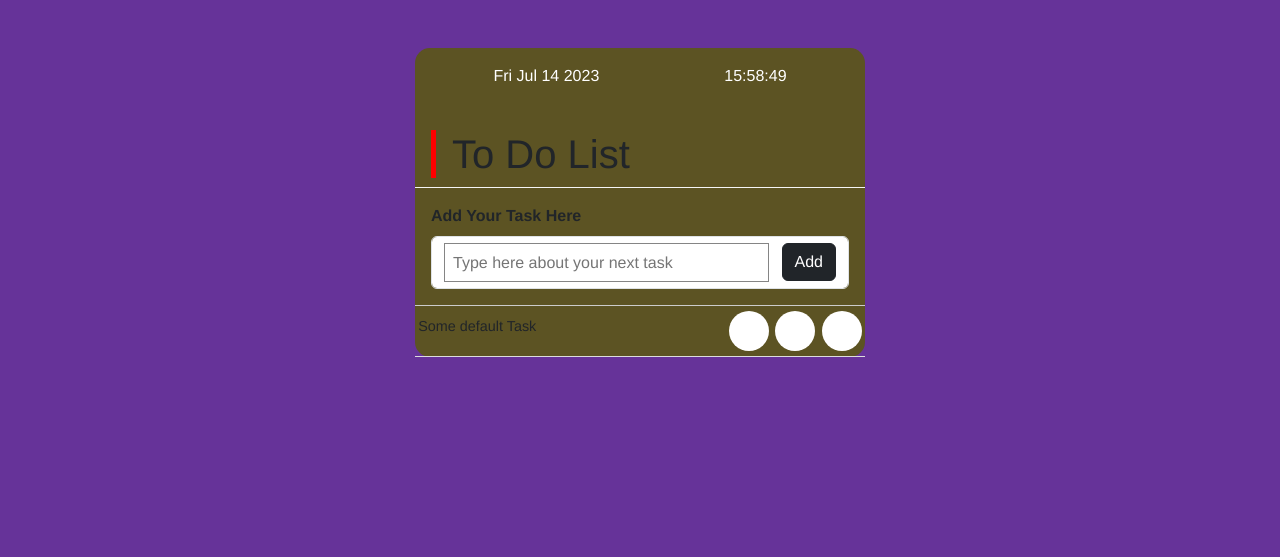
Repository: Passionblaz/TODO
Page: TODO/Untitled-1.html
The author's editor kept a copy of each file at every save. The page is drawn from the files as they stood at one save, then again after the next save.
The browser window is 1280 px wide. The pictures show the whole page.

Above is the page before, as saved 2023-07-14 15:59:24.

### TODO/Untitled-1.html
<!DOCTYPE html>
<html lang="en">
<head>
  <meta charset="UTF-8">
  <meta name="viewport" content="width=device-width, initial-scale=1.0">
  <title>Document</title>
  <link href="https://cdn.jsdelivr.net/npm/bootstrap@5.3.0/dist/css/bootstrap.min.css" rel="stylesheet" integrity="sha384-9ndCyUaIbzAi2FUVXJi0CjmCapSmO7SnpJef0486qhLnuZ2cdeRhO02iuK6FUUVM" crossorigin="anonymous">
  <!-- Bootstrap Bundle JS (jsDelivr CDN) -->
  <script defer src="https://cdn.jsdelivr.net/npm/bootstrap@5.3.0/dist/js/bootstrap.bundle.min.js" integrity="sha384-geWF76RCwLtnZ8qwWowPQNguL3RmwHVBC9FhGdlKrxdiJJigb/j/68SIy3Te4Bkz" crossorigin="anonymous"></script>
  <link rel="stylesheet" href="todostyles.css">
  <script src="main.js" defer></script>
</head>
<body onload="time()">
<div class="todo-container">
  <div class="date-hour">
    <p id="date">Date</p>
    <p id="hour">Hour</p>
  </div>

<header>
  <h1>To Do List</h1>
</header>
<!-- Add Tasks -->

<form action="" id="todo-form">
  <p>Add Your Task Here</p>
<div class="form-control">
<input type="text" id="todo-input" placeholder="Type here about your next task">
<div class="button">
  <button type="submit" class="btn btn-dark">Add</button>
 </div>
</div>

</form>
<!-- Edit The Tasks-->
<form action="" id="edit-form" class="hide">
  <p>Edit Your Task</p>
<div class="form-control">
<input type="text" id="edit-input" placeholder="Type here about your next task">
<div class="button2">
  <button type="button" class="btn btn-dark">Add</button>
 </div>
</div>
<button type="button" id="cancel-edit-btn">All</button>
<button type="button" id="active-task-btn">Active</button>
<button type="button" id="completed-task-btn">Completed</button>
</form>
<!-- Task List-->
<div class="todo-list" id="todo-list">
  <div class="todo">
    <h3>Some default Task</h3>
    <button class="finished-todo">
      <i class="fa-solid fa-check"></i>
    </button>
    <button class="edit-todo">
      <i class="fa-solid fa-pen"></i>
    </button>
    <button class="remove-todo">
      <i class="fa-solid fa-xmark"></i>
    </button>
  </div>
</div>
</div>



</body>
</html>

### TODO/todostyles.css
*{
  padding: 0;
  margin: 0;
  box-sizing: border-box;
}
body{
  font-family: 'Franklin Gothic Medium', 'Arial Narrow', Arial, sans-serif;
  background: rebeccapurple;

}
.form-control {
  display: flex;
}
.form-control input {
  flex: 1;
  outline: 0;
box-shadow: none;
border: 1px solid #858585;
}
.form-control button:hover {
  background-color: green;
}
.date-hour {
  display: flex;
  justify-content: space-around;
  align-items:center;
  padding: 1rem 1rem 1.5rem 1rem;
  font-size: 16px;
  color: white;
}
button {
  background-color: darkorange;
  color: blue;
  border: 2px solid red;
  padding: 0.2rem 0.4rem;
  font-size: .8rem;
  cursor: pointer;
  justify-content: center;
  align-items: center;
  transition: .4s;
  border: 1px solid orange;
}
button:hover {
  background-color: orangered;
  color: white;
}
button > i {
  font-weight: bold;
  pointer-events: none;
}
input {
  padding: .4rem .5rem;
}
.hide {
  display: none;
}
.todo-container {
  background-color: #5c5323;
  border-radius: 15px;
  width: 450px;
  margin: 3rem auto;
  padding: 1.5.rem;
}
.todo-container header {
  padding: 0.1rem 1rem;
border-bottom: 1px solid whitesmoke;
}
header >h1 {
  padding-left: 16px;
  border-left: 5px solid red;
}

#todo-form, #edit-form {
  padding: 1rem;
  border-bottom: 1px solid #ccc;
}
#todo-form > p, #edit-form > p {
  margin-bottom: .5rem;
  font-weight: bold;
}
.form-control >input {
  margin-right: .8rem;
}
#cancel-edit-btn {
  margin-top: 1rem;
}
#active-edit-btn {
  margin-top: 1rem;
}
#completed-edit-btn {
  margin-top: 1rem;
}
.todo {
  display: flex;
  justify-content: space-around;
  align-items: center;
  padding: 0.3rem 0.2rem;
  border-bottom: 1px solid #ddd;
transition: .3s;
}
.todo h3 {
  flex: 1;
  font-size: 0.9rem;
}
.todo button {
  margin-left: 0.4rem;
  border-radius: 50%;
  width: 40px;
  height: 40px;
  border: none;
  background-color: white;
}
.done h3 {
  color: white;
  text-decoration: line-through;
  font-style: italic;
}
.todo button:hover, .done button {
background-color: #395169;
color: #ecf0f1
}
.done > button:hover {
  background-color: #ecf0f1;
  color: #395169;
}
.todo-list{
  max-height: 220px;
  overflow: auto;
}

### TODO/main.js
const data = new Date ()

const todoForm = document.querySelector("#todo-form")
const todoInput = document.querySelector("#todo-input")
const todoList = document.querySelector("#todo-list")
const editForm = document.querySelector("#edit-form")
const editInput = document.querySelector("#edit-input")
const cancelEdition = document.querySelector("#cancel-edit-btn")
  //Time
const timeElapsed = Date.now();
const today = new Date(timeElapsed);
document.getElementById("date").innerHTML = today.toDateString();
//Time Settings
function time() {
  const data = new Date ();
  let h = data.getHours();
  let m = data.getMinutes();
  let s = data.getSeconds();

  if(h < 10)
    h = "0"+h;
  if (m < 10)
    m = "0" + m;
  if(s < 10)
    s = "0"+s;

    document.getElementById("hour").innerHTML = h +":" + m + ":" + s;
    setTimeout('time()', 500);
}
todoForm.addEventListener("submit", (e) => {
  e.preventDefault();
  const inputValue = todoInput.value;
  if(inputValue)
    saveTodo(inputValue); //Save Function
})
const saveTodo = (text) => {
  const todo = document.createElement("div");
  todo.classList.add("todo");

  const todoTitle = document.createElement("h3");
  todoTitle.innerText = text;
  todo.appendChild(todoTitle);

  const doneBtn = document.createElement("button");
  doneBtn.classList.add("finish-todo");
  doneBtn.innerHTML = 'i class="fa-solid fa-check"></i>';
  todo.appendChild(doneBtn);

  const editBtn = document.createElement("button");
  editBtn.classList.add("edit-todo");
  editBtn.innerHTML = 'i class="fa-solid fa-check"></i>';
  todo.appendChild(doneBtn);

  const removeBtn = document.createElement("button");
  removeBtn.classList.add("remove-todo");
  removeBtn.innerHTML = 'i class="fa-solid fa-check"></i>';
  todo.appendChild(doneBtn);

  todoList.appendChild(todo);
  todoInput.value = "";
  todoInput.focus();
}

After the next save:
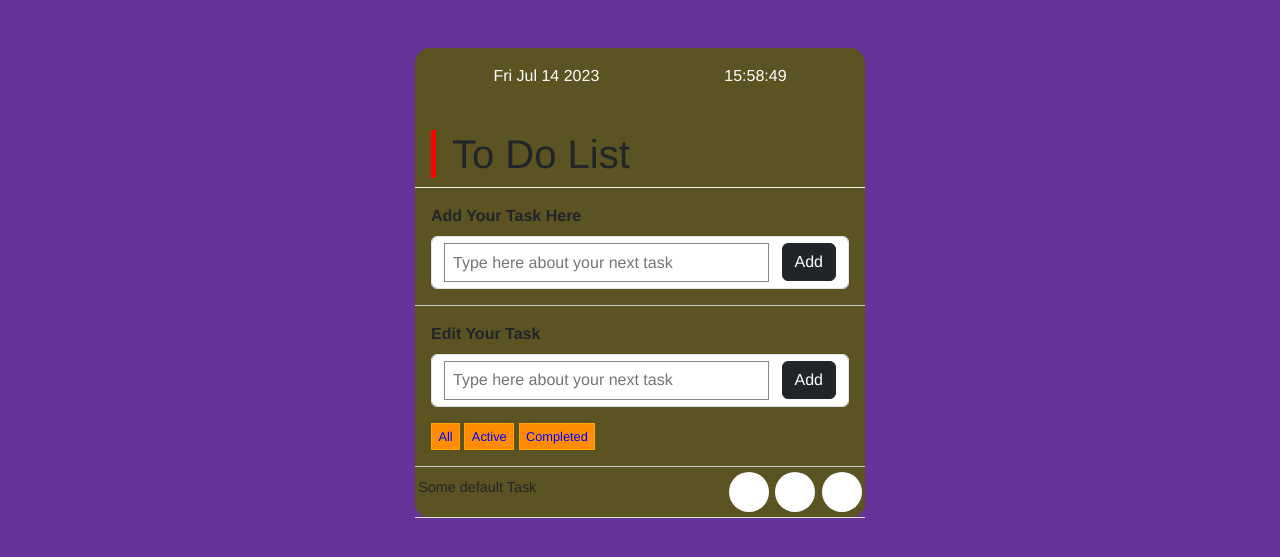
Saved 5 s later.
--- a/TODO/Untitled-1.html
+++ b/TODO/Untitled-1.html
@@ -33,7 +33,7 @@
 
 </form>
 <!-- Edit The Tasks-->
-<form action="" id="edit-form" class="hide">
+<form action="" id="edit-form" >
   <p>Edit Your Task</p>
 <div class="form-control">
 <input type="text" id="edit-input" placeholder="Type here about your next task">

After the save that followed:
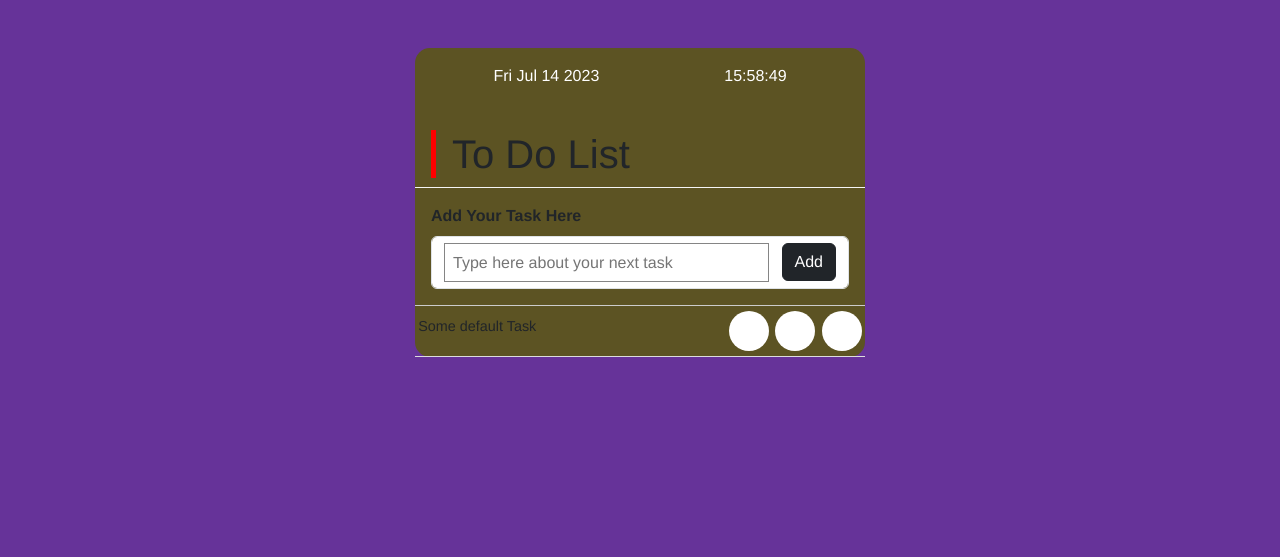
Saved 21 s later.
--- a/TODO/Untitled-1.html
+++ b/TODO/Untitled-1.html
@@ -33,7 +33,7 @@
 
 </form>
 <!-- Edit The Tasks-->
-<form action="" id="edit-form" >
+<form action="" id="edit-form" class="hide">
   <p>Edit Your Task</p>
 <div class="form-control">
 <input type="text" id="edit-input" placeholder="Type here about your next task">
@@ -41,7 +41,7 @@
   <button type="button" class="btn btn-dark">Add</button>
  </div>
 </div>
-<button type="button" id="cancel-edit-btn">All</button>
+<button type="button" id="all-edit-btn">All</button>
 <button type="button" id="active-task-btn">Active</button>
 <button type="button" id="completed-task-btn">Completed</button>
 </form>
